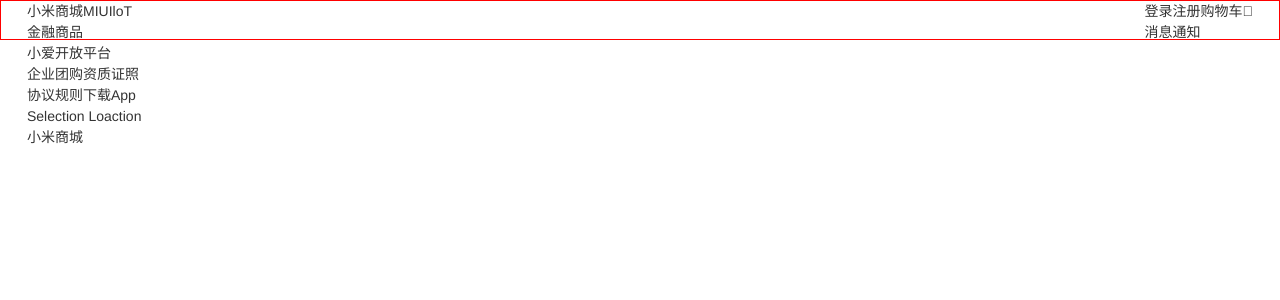
Repository: chenguocan/mi
Page: index.html
These files come from the project's save history. The page is drawn as it stood at one moment and after the next save; the edit follows.
The browser window is 1280 px wide. The pictures show the whole page.

Above is the page before, as saved 2020-10-13 09:39:52.

### index.html
<!DOCTYPE html>
<html lang="en">

<head>
    <meta charset="UTF-8">
    <title>小米商城 - 小米10 Pro、Redmi K30 Pro、小米MIX Alpha，小米电视官方网站</title>
    <meta name="viewport" content="width=1226">
    <link rel="stylesheet" href="./css/reset.css">
    <link rel="stylesheet" href="./css/index.css">
    <link rel="stylesheet" href="./css/base.css">
    <link rel="stylesheet" href="./font/css/all.min.css">
</head>

<body>
    <div class="topbar-wrapper">
        <div class="topbar w">
            <ul class="service">
                <li><a href="javascript:;">小米商城</a></li>
                <li class="line"></li>
                <li><a href="javascript:;">MIUI</a></li>
                <li class="line"></li>
                <li><a href="javascript:;">loT</a></li>
                <li class="line"></li>
                <li><a href="javascript:;">金融</a></li>
                <li class="line"></li>
                <li><a href="javascript:;">商品</a></li>
                <li class="line"></li>
                <li><a href="javascript:;">小爱开放平台</a></li>
                <li class="line"></li>
                <li><a href="javascript:;">企业团购</a></li>
                <li class="line"></li>
                <li><a href="javascript:;">资质证照</a></li>
                <li class="line"></li>
                <li><a href="javascript:;">协议规则</a></li>
                <li class="line"></li>
                <li><a href="javascript:;">下载App</a></li>
                <li class="line"></li>
                <li><a href="javascript:;">Selection Loaction</a></li>
                <li class="line"></li>
                <li><a href="javascript:;">小米商城</a></li>
                <li class="line"></li>
            </ul>
            <ul class="shop-cart">
                <li><i class="fa-adobe"></i><a href="javascript:;">购物车</a></li>
            </ul>
            <ul class="user">
                <li><a href="javascript:;">登录</a></li>
                <li class="line"></li>
                <li><a href="javascript:;">注册</a></li>
                <li class="line"></li>
                <li><a href="javascript:;">消息通知</a></li>
                <li class="line"></li>
            </ul>
        </div>
    </div>
</body>

</html>

### css/reset.css
/* v2.0 | 20110126
  http://meyerweb.com/eric/tools/css/reset/
  License: none (public domain)
*/
html, body, div, span, applet, object, iframe,
h1, h2, h3, h4, h5, h6, p, blockquote, pre,
a, abbr, acronym, address, big, cite, code,
del, dfn, em, img, ins, kbd, q, s, samp,
small, strike, strong, sub, sup, tt, var,
b, u, i, center,
dl, dt, dd, ol, ul, li,
fieldset, form, label, legend,
table, caption, tbody, tfoot, thead, tr, th, td,
article, aside, canvas, details, embed,
figure, figcaption, footer, header, hgroup,
menu, nav, output, ruby, section, summary,
time, mark, audio, video {
    margin: 0;
    padding: 0;
    border: 0;
    font-size: 100%;
    font: inherit;
    vertical-align: baseline;
}
/* HTML5 display-role reset for older browsers */
article, aside, details, figcaption, figure,
footer, header, hgroup, menu, nav, section {
    display: block;
}
body {
    line-height: 1;
}
ol, ul {
    list-style: none;
}
blockquote, q {
    quotes: none;
}
blockquote:before, blockquote:after,
q:before, q:after {
    content: '';
    content: none;
}
table {
    border-collapse: collapse;
    border-spacing: 0;
}

### css/index.css
*{
    box-sizing: border-box;
}
.topbar-wrapper{
    height: 40px;
    border:1px solid red;
    width: 100%;
}
.topbar .service{
    float: left;
}
.topbar .user,.topbar .shop-cart{
    float: right;
}
.topbar a{
    float: left;
}

### css/base.css

.clearfix::before,
.clearfix::after{
    content: '';
    display: table;
    clear: both;
}

body{
    color: rgb(51,51,51);
    font: 14px/1.5 "Helvetica Neue", Helvetica, Arial, "Microsoft Yahei", "Hiragino Sans GB", "Heiti SC", "WenQuanYi Micro Hei", sans-serif;
    min-width: 1226px;
}
a{
    text-decoration: none;
    color:#333;
}
.w{
    width: 1226px;
    margin-left:auto;
    margin-right: auto;
}

Loaded but not shown: font/css/all.min.css (library)

After the next save:
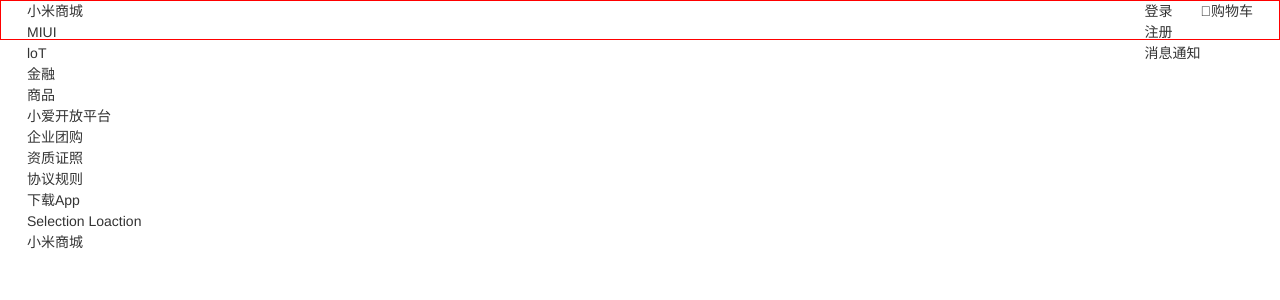
Saved 24 s later.
--- a/css/index.css
+++ b/css/index.css
@@ -12,6 +12,6 @@
 .topbar .user,.topbar .shop-cart{
     float: right;
 }
-.topbar a{
+.topbar ul{
     float: left;
 }
